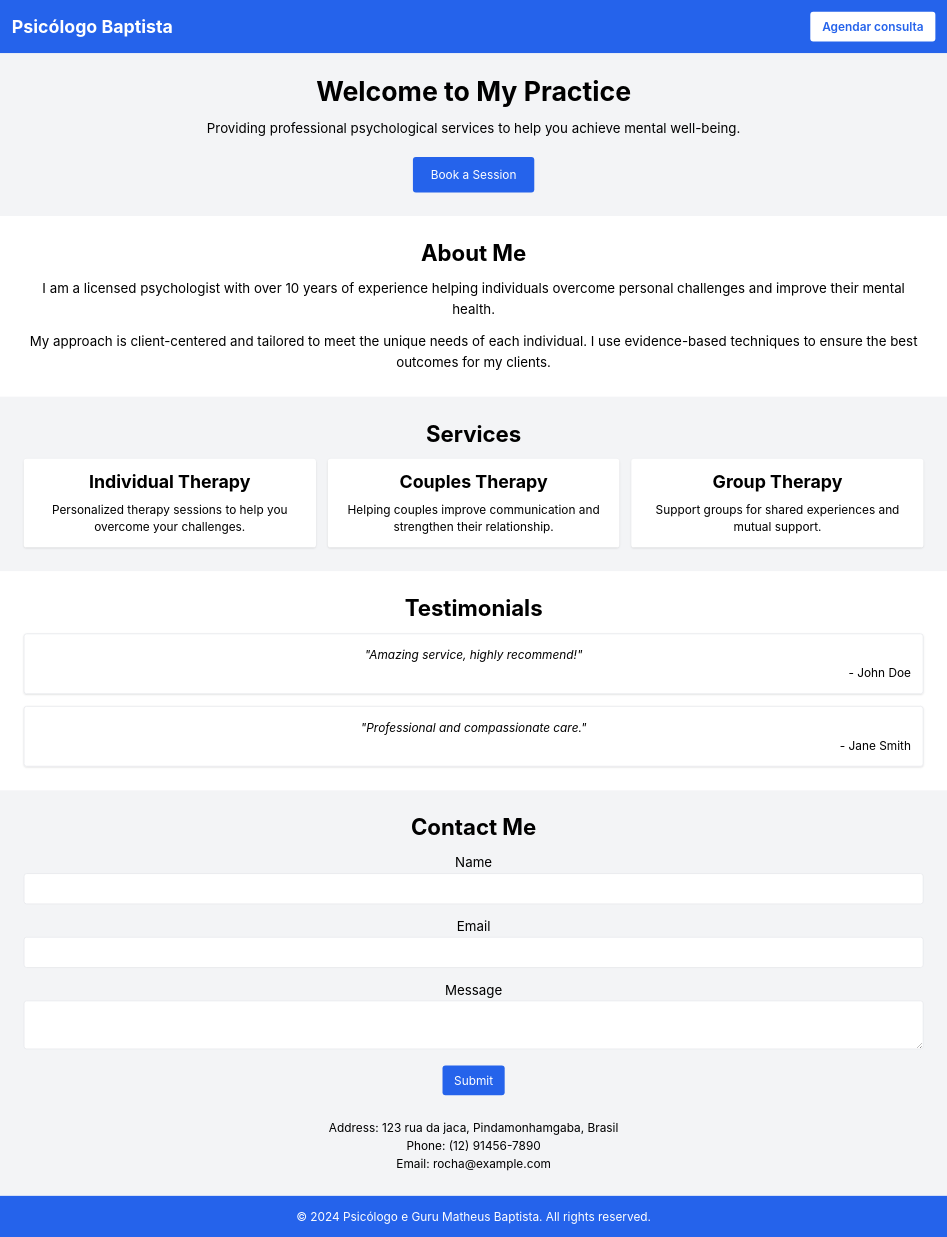
Repository: SrNascimento40/psychologist-portfolio
Page: /
These files come from the project's save history. The page is drawn as it stood at one moment and after the next save; the edit follows.
The browser window is 1280 px wide. The pictures show the whole page, at 74% of full size.
The project was rebuilt for these pictures with package versions that can differ from the ones it lists, and the page was loaded fresh each time. Also part of the build but not shown: vite.config.ts.

Above is the page before, as saved 2024-07-04 17:30:53.

### index.html
<!doctype html>
<html lang="en">
  <head>
    <meta charset="UTF-8" />
    <link rel="icon" type="image/svg+xml" href="/vite.svg" />
    <meta name="viewport" content="width=device-width, initial-scale=1.0" />
    <title>Psicólogo e Guru Baptista</title>
  </head>
  <body>
    <div id="root"></div>
    <script type="module" src="/src/main.tsx"></script>
  </body>
</html>

### src/App.tsx
import './App.css'
import Header from './Header'
import Hero from './Hero'
import About from './About'
import Services from './Services'
import Testimonials from './Testimonials'
import Contact from './Contact'
import Footer from './Footer'

function App() {

  return (
    <div>
      <Header />
      <main>
          <Hero />
          <About />
          <Services />
          <Testimonials />
          <Contact />
      </main>
      <Footer />
    </div>
  )
}

export default App

### src/index.css
@tailwind base;
@tailwind components;
@tailwind utilities;

:root {
  font-family: Inter, system-ui, Avenir, Helvetica, Arial, sans-serif;

  /* color-scheme: light dark;
  color: rgba(255, 255, 255, 0.87);
  background-color: #242424; */

  /* font-synthesis: none;
  text-rendering: optimizeLegibility;
  -webkit-font-smoothing: antialiased;
  -moz-osx-font-smoothing: grayscale; */
}


/* @media (prefers-color-scheme: light) {
  :root {
    color: #213547;
    background-color: #ffffff;
  }
  a:hover {
    color: #747bff;
  }
  button {
    background-color: #f9f9f9;
  }
} */

### src/App.css
#root {
  margin: 0;
  padding: 0;
  text-align: center;
}

### src/Header.tsx

import './App.css'

export default function Header() {

  return (
    <header className="bg-blue-600 text-white p-4">
      <div className="container mx-auto flex justify-between items-center">
          <div className="text-2xl font-bold">Psicólogo Baptista</div>
          <button className="bg-white font-semibold text-blue-600 px-4 py-2 rounded">Agendar consulta</button>
      </div>
    </header>
  )
}

### src/Hero.tsx
import { useState } from 'react'
import './App.css'

export default function Hero() {
  const [count, setCount] = useState(0)

  return (
    <section id="home" className="bg-gray-100 p-8 text-center">
    <h1 className="text-4xl font-bold mb-4">Welcome to My Practice</h1>
    <p className="text-lg mb-6">Providing professional psychological services to help you achieve mental well-being.</p>
    <button className="bg-blue-600 text-white px-6 py-3 rounded">Book a Session</button>
</section>  )
}

### src/About.tsx
import { useState } from 'react'
import './App.css'

export default function About() {
  const [count, setCount] = useState(0)

  return (
    <section id="about" className="bg-white p-8">
      <h2 className="text-3xl font-bold mb-4">About Me</h2>
      <p className="text-lg mb-4">
          I am a licensed psychologist with over 10 years of experience helping individuals overcome personal challenges and improve their mental health.
      </p>
      <p className="text-lg">
          My approach is client-centered and tailored to meet the unique needs of each individual. I use evidence-based techniques to ensure the best outcomes for my clients.
      </p>
    </section>
  )
}

### src/Services.tsx
import './App.css'

export default function Services() {
  const services = [
    { title: 'Individual Therapy', description: 'Personalized therapy sessions to help you overcome your challenges.' },
    { title: 'Couples Therapy', description: 'Helping couples improve communication and strengthen their relationship.' },
    { title: 'Group Therapy', description: 'Support groups for shared experiences and mutual support.' },
  ];

  return (
    <section id="services" className="bg-gray-100 p-8">
      <h2 className="text-3xl font-bold mb-4">Services</h2>
      <div className="grid grid-cols-1 md:grid-cols-3 gap-4">
          {services.map((service, index) => (
              <div key={index} className="bg-white p-4 rounded shadow">
                  <h3 className="text-2xl font-bold mb-2">{service.title}</h3>
                  <p>{service.description}</p>
              </div>
          ))}
      </div>
    </section>
  )
}

### src/Testimonials.tsx
import './App.css'

export default function Testimonials() {
  const testimonials = [
    { name: 'John Doe', quote: 'Amazing service, highly recommend!' },
    { name: 'Jane Smith', quote: 'Professional and compassionate care.' },
  ];

  return (
    <section id="testimonials" className="bg-white p-8">
        <h2 className="text-3xl font-bold mb-4">Testimonials</h2>
        <div className="space-y-4">
            {testimonials.map((testimonial, index) => (
                <div key={index} className="border p-4 rounded shadow">
                    <p className="italic">"{testimonial.quote}"</p>
                    <p className="text-right">- {testimonial.name}</p>
                </div>
            ))}
        </div>
    </section>
  )
}

### src/Contact.tsx
import './App.css'

export default function Contact() {
  return (
    <section id="contact" className="bg-gray-100 p-8">
      <h2 className="text-3xl font-bold mb-4">Contact Me</h2>
      <form className="space-y-4">
          <div>
              <label className="block text-lg">Name</label>
              <input type="text" className="w-full p-2 border rounded" />
          </div>
          <div>
              <label className="block text-lg">Email</label>
              <input type="email" className="w-full p-2 border rounded" />
          </div>
          <div>
              <label className="block text-lg">Message</label>
              <textarea className="w-full p-2 border rounded"></textarea>
          </div>
          <button type="submit" className="bg-blue-600 text-white px-4 py-2 rounded">Submit</button>
      </form>
      <div className="mt-8">
          <p>Address: 123 rua da jaca, Pindamonhamgaba, Brasil</p>
          <p>Phone: (12) 91456-7890</p>
          <p>Email: rocha@example.com</p>
      </div>
    </section>
  )
}

### src/Footer.tsx
import './App.css'

export default function Footer() {

  return (
    <footer className="bg-blue-600 text-white p-4 text-center">
        <p>&copy; 2024 Psicólogo e Guru Matheus Baptista. All rights reserved.</p>
    </footer>
  )
}

Loaded but not shown: src/main.tsx (common file); tailwind.config.js (common file)

After the next save:
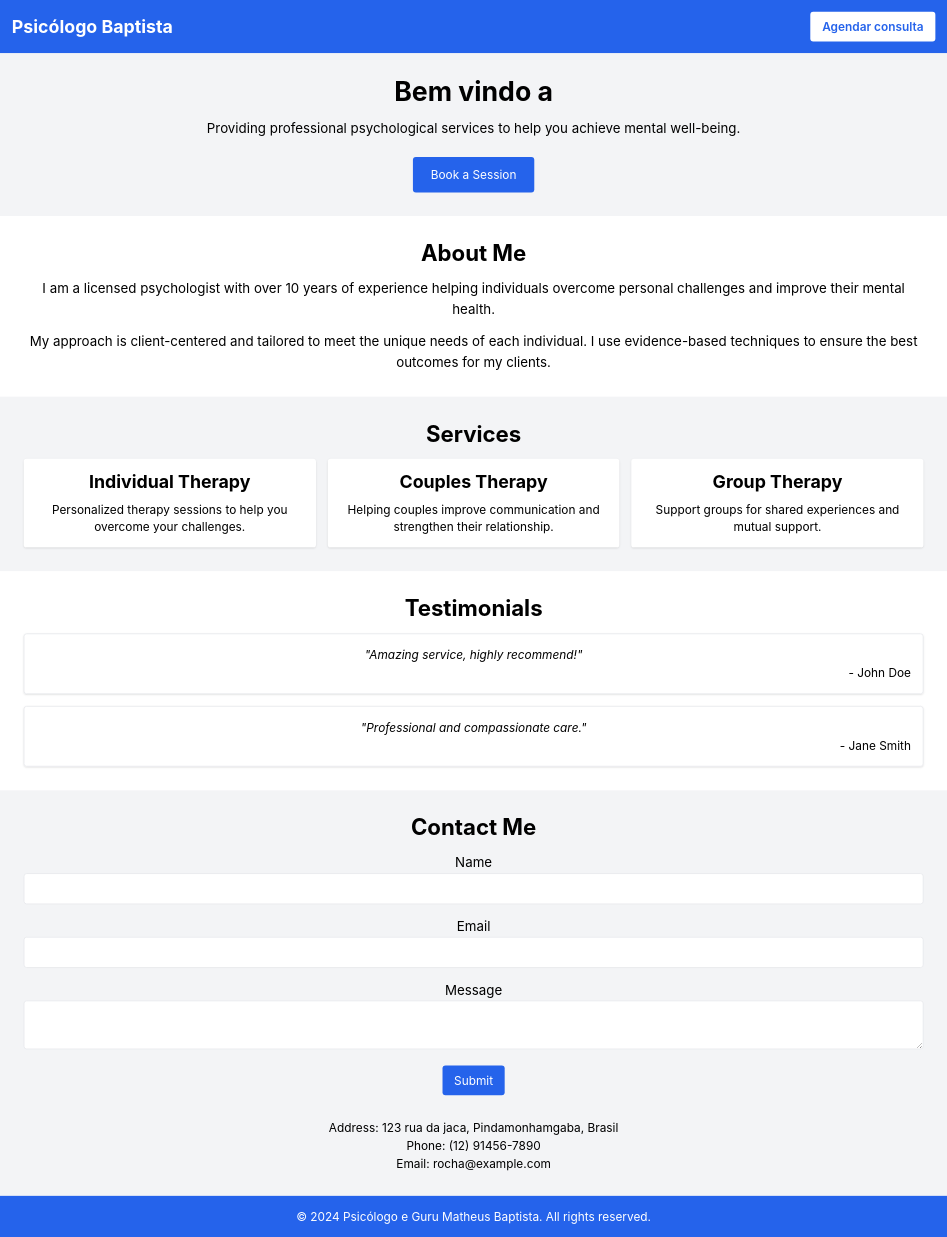
Saved 14 s later.
--- a/src/Hero.tsx
+++ b/src/Hero.tsx
@@ -6,7 +6,7 @@ export default function Hero() {
 
   return (
     <section id="home" className="bg-gray-100 p-8 text-center">
-    <h1 className="text-4xl font-bold mb-4">Welcome to My Practice</h1>
+    <h1 className="text-4xl font-bold mb-4">Bem vindo a </h1>
     <p className="text-lg mb-6">Providing professional psychological services to help you achieve mental well-being.</p>
     <button className="bg-blue-600 text-white px-6 py-3 rounded">Book a Session</button>
 </section>  )
